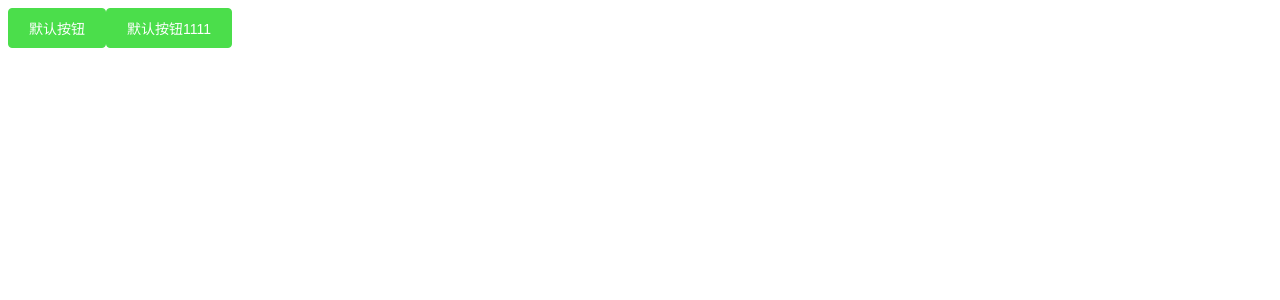
Repository: Cherry-pan/component-packing
Page: /
The author's editor kept a copy of each file at every save. The page is drawn from the files as they stood at one save, then again after the next save.
The browser window is 1280 px wide. The pictures show the whole page.
The project was rebuilt for these pictures with package versions that can differ from the ones it lists, and the page was loaded fresh each time. Also part of the build but not shown: vue.config.js.

Above is the page before, as saved 2022-04-30 13:48:30.

After the next save:
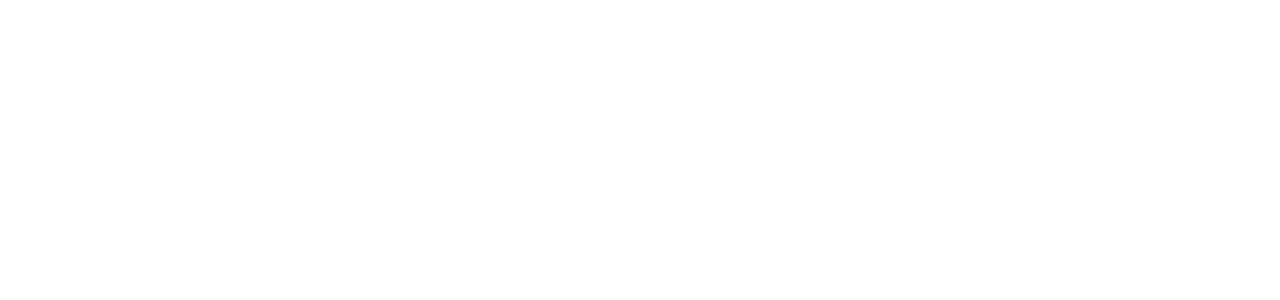
Saved 2 min 32 s later.
--- a/src/components/Home.vue
+++ b/src/components/Home.vue
@@ -1,37 +1,35 @@
 <template>
   <div class="hello">
-  <AButton :class="[theme]">
-    <slot></slot>
-  </AButton>
+    <AButton :class="[theme]">
+      <slot></slot>
+    </AButton>
   </div>
 </template>
 
 <script>
 export default {
-  name: 'Home',
-  components:{
-    "AButton":()=>import("@/components/button/Button.vue")
+  name: "Home",
+  components: {
+    AButton: () => import("@/components/button/Button.vue")
   },
-  props:{
-    type:{
-      type:String,
-      default:""
+  props: {
+    type: {
+      type: String,
+      default: ""
     }
   },
-  computed:{
-    theme(){
-      console.log(this.type);
+  computed: {
+    theme() {
+      console.log(this.type);ß
     }
   },
-  data () {
+  data() {
     return {
-      msg: 'Welcome to Your Vue.js App'
-    }
+      msg: "Welcome to Your Vue.js App"
+    };
   }
-}
+};
 </script>
 
 <!-- Add "scoped" attribute to limit CSS to this component only -->
-<style scoped>
-
-</style>
+<style scoped></style>

After the save that followed:
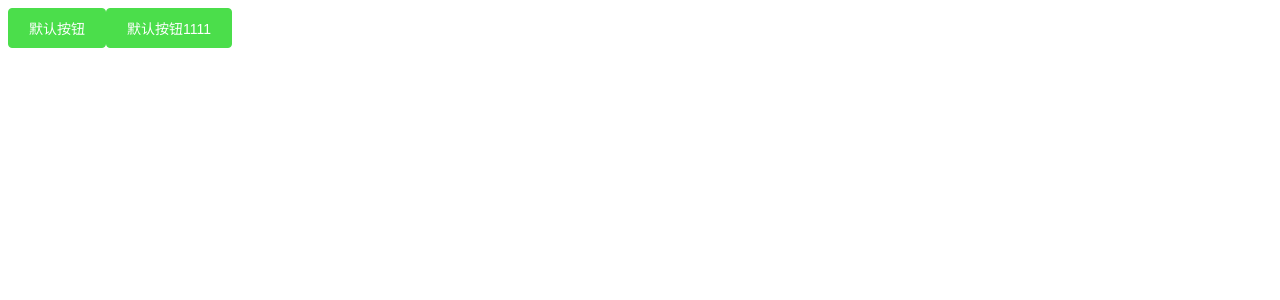
Saved 4 s later.
--- a/src/components/Home.vue
+++ b/src/components/Home.vue
@@ -20,7 +20,7 @@
   },
   computed: {
     theme() {
-      console.log(this.type);ß
+      console.log(this.type);
     }
   },
   data() {
